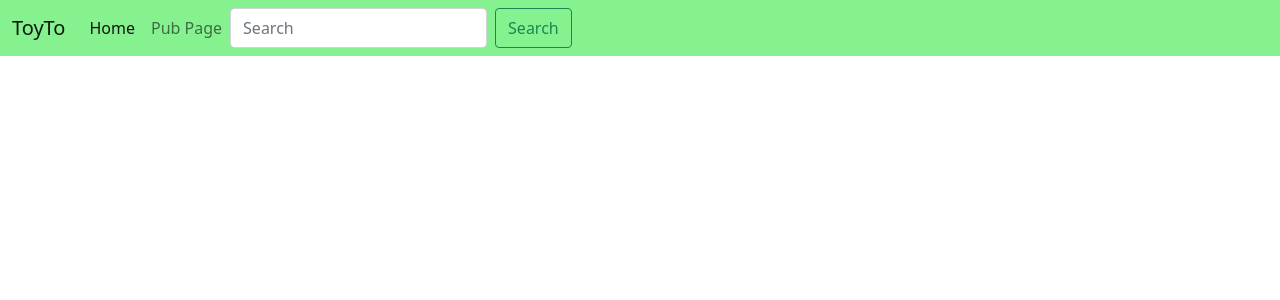
Repository: Omistusama/creer-un-site-html-css-bootstrap
Page: index.html
The author's editor kept a copy of each file at every save. The page is drawn from the files as they stood at one save, then again after the next save.
The browser window is 1280 px wide. The pictures show the whole page.
Some web libraries are served in a nearby version.

Above is the page before, as saved 2021-02-27 15:13:32.

After the next save:
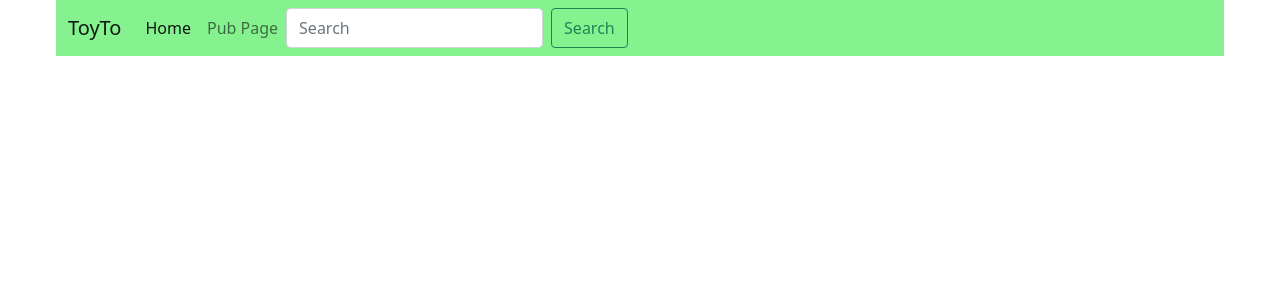
Saved 19 s later.
--- a/styles.css
+++ b/styles.css
@@ -1,5 +1,5 @@
 body{
     margin: 0px auto;
     padding:16px auto;
-    max-width:1368px; /*1200 - 16*2 */
+    max-width:1168px; /*1200 - 16*2 */
   }
